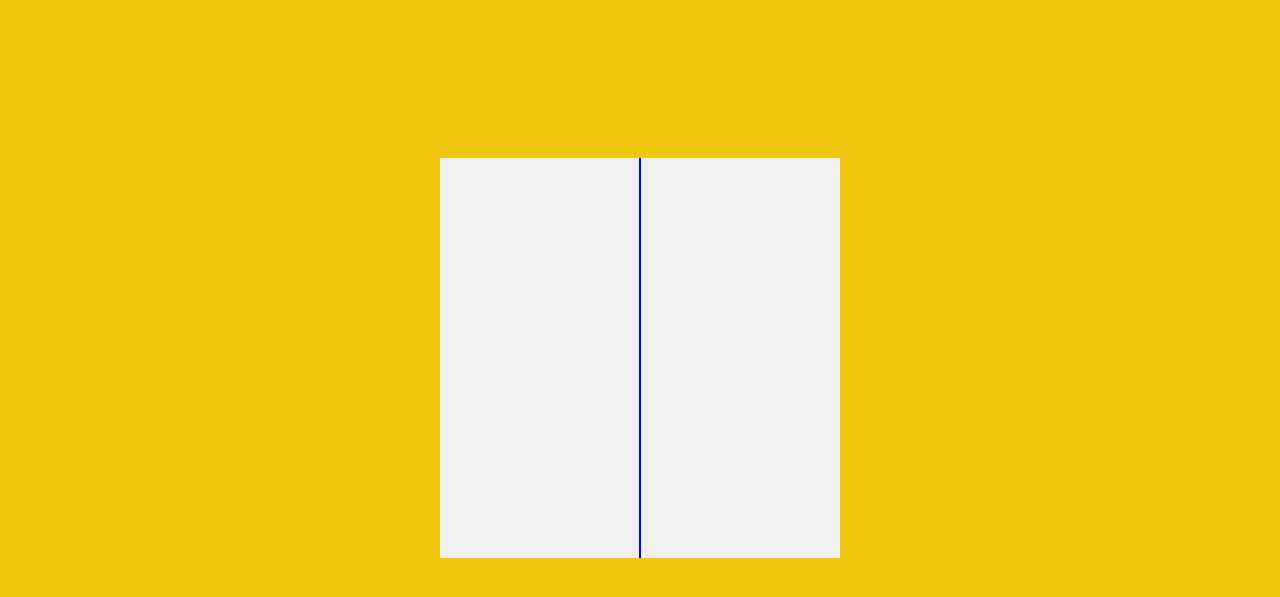
Repository: animarcus/graphing-app
Page: index.html
An editor plug-in stored every save of this project. The page is shown before and after a run of saves, followed by the edit.
The browser window is 1280 px wide. The pictures show the whole page.
Some web libraries are served in a nearby version.

Above is the page before, as saved 2020-09-26 19:12:47.

After the next 2 saves:
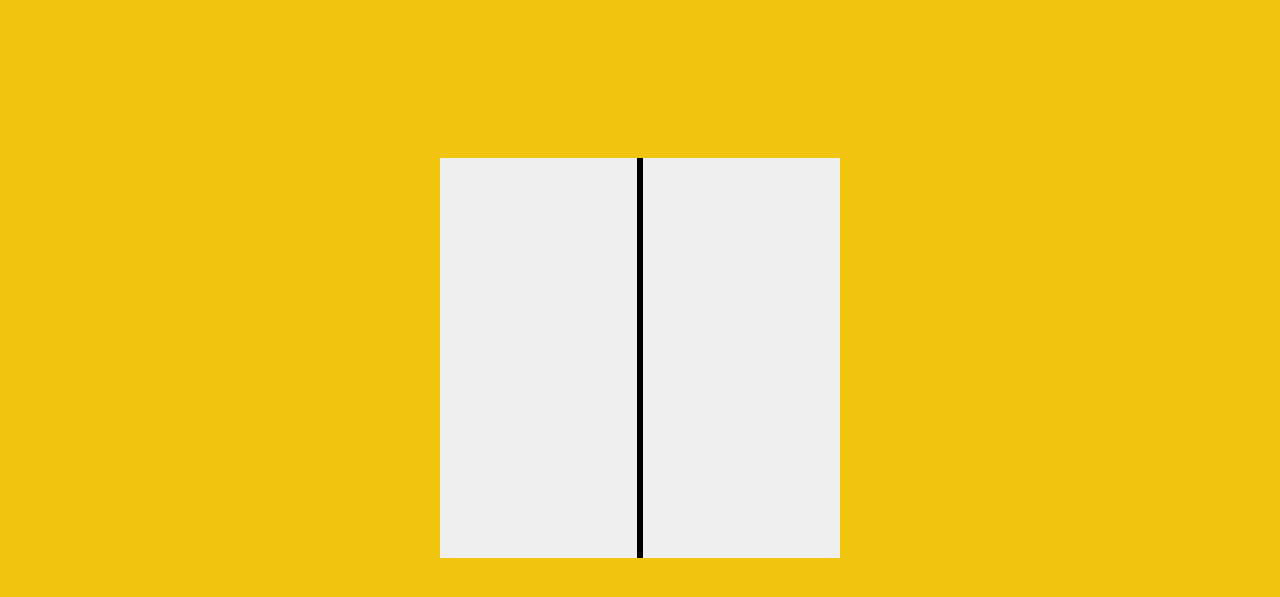
The 2 saves are shown as one change because they came seconds apart.
The last was saved 7 s later.
--- a/js/sketch.js
+++ b/js/sketch.js
@@ -23,8 +23,8 @@ let drawHandlers = {
     console.table(-canvasH/2, canvasH/2);
 
     // translate(canvasW/2, canvasH/2);
-    stroke(color("blue"));
-    // strokeWeight(5)
+    stroke(0);
+    strokeWeight(5)
     line(0, -canvasH/2, 0, canvasH/2);
 
   }
